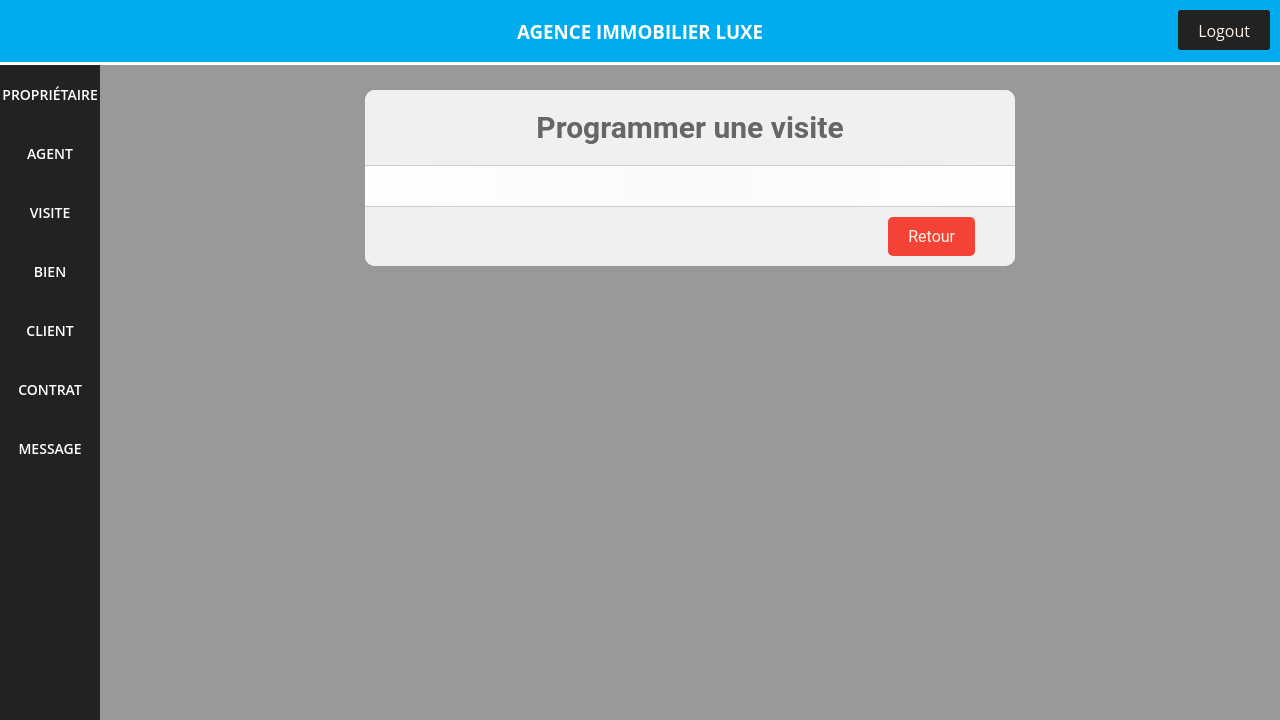
Repository: hassen-mnejja/Real_Estate_Agency_Website
Page: http://localhost/backoffice/WEB-INF/visiteverifier.jsp
An editor plug-in stored every save of this project. The page is shown before and after the next save, followed by the edit.
The browser window is 1280 px wide. The pictures show the whole page.
Some icons come from a web library that is not loaded, so they are not drawn. The page is served by Tomcat 9. Nobody is signed in. The template is opened directly, without the code that normally fills it, so the values that code supplies are empty.

Above is the page before, as saved 2020-06-23 18:06:20.

After the next save:
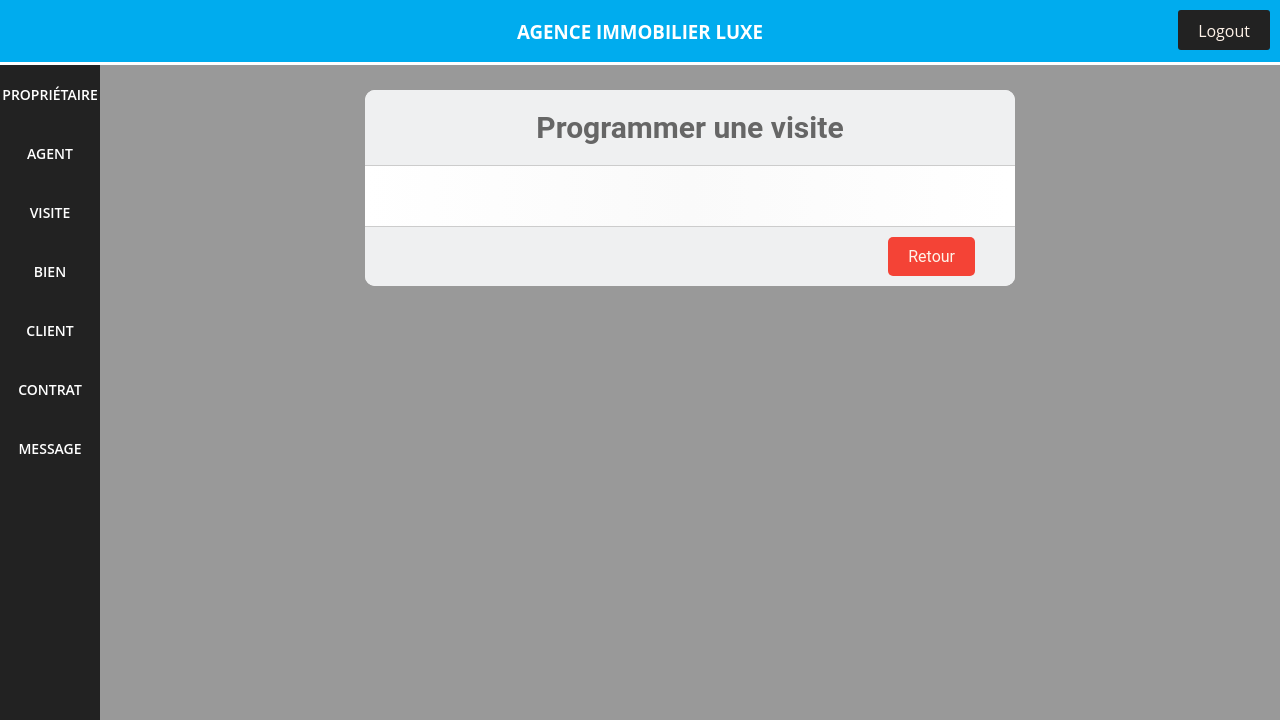
Saved 72 s later.
--- a/backoffice/WebContent/WEB-INF/visiteverifier.jsp
+++ b/backoffice/WebContent/WEB-INF/visiteverifier.jsp
@@ -39,7 +39,7 @@ a.log {
 			</div>
 
 			<!-- form body -->
-			<div class="form-body">
+			<div class="form-body" style="margin-bottom : 20px">
 				<c:if test="${test=='faux'}">
 					<label id="message" style="display: block; font-size: 19px; text-align: center;" >${message}</label>
 					<label id="message0" style="display: block; font-size: 19px; text-align: center;" >${message0}</label>
